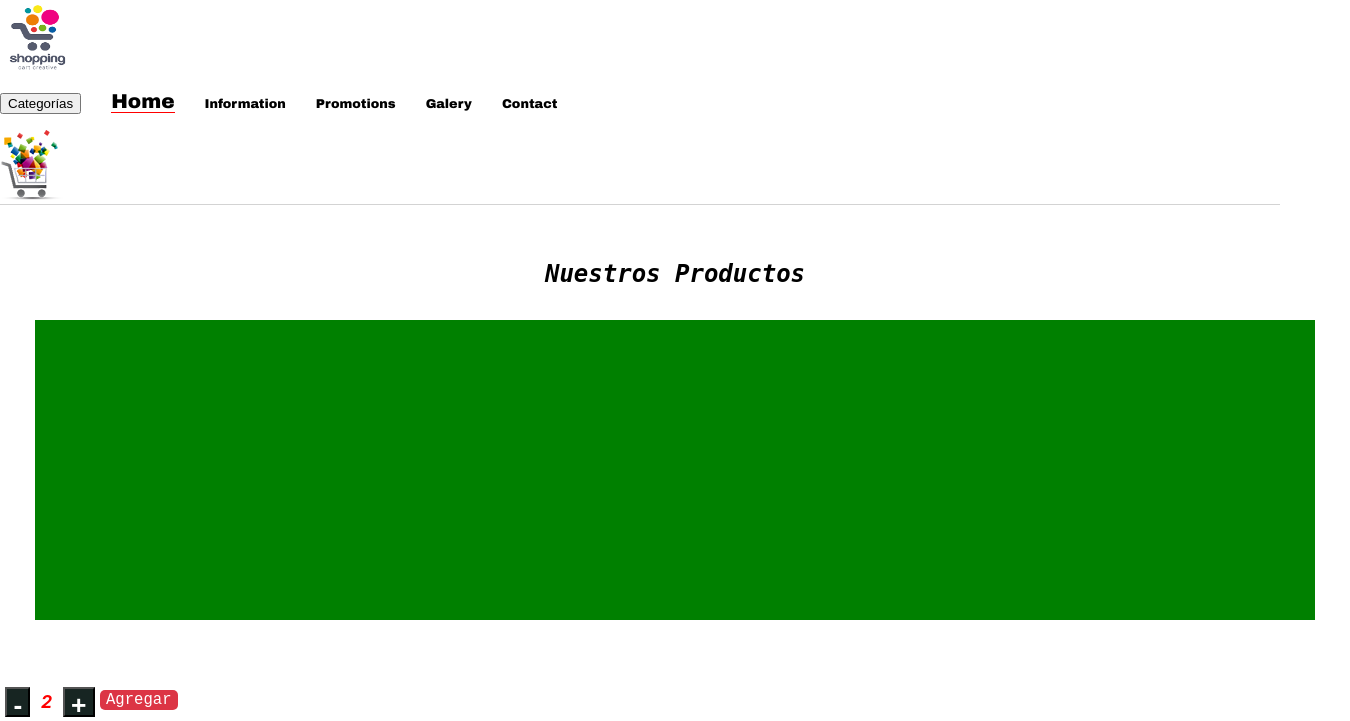
Repository: gustavomanuelquintana/CoderRepository
Page: / (app in cards-commers/)
An editor plug-in stored every save of this project. The page is shown before and after the next save, followed by the edit.
The browser window is 1280 px wide. The page is 1350 px wide, so the pictures cover 1350 px, including what lies to the right of the window. The pictures show the whole page.
The project was rebuilt for these pictures with package versions that can differ from the ones it lists, and the page was loaded fresh each time.

Above is the page before, as saved 2020-10-31 14:02:51.

After the next save:
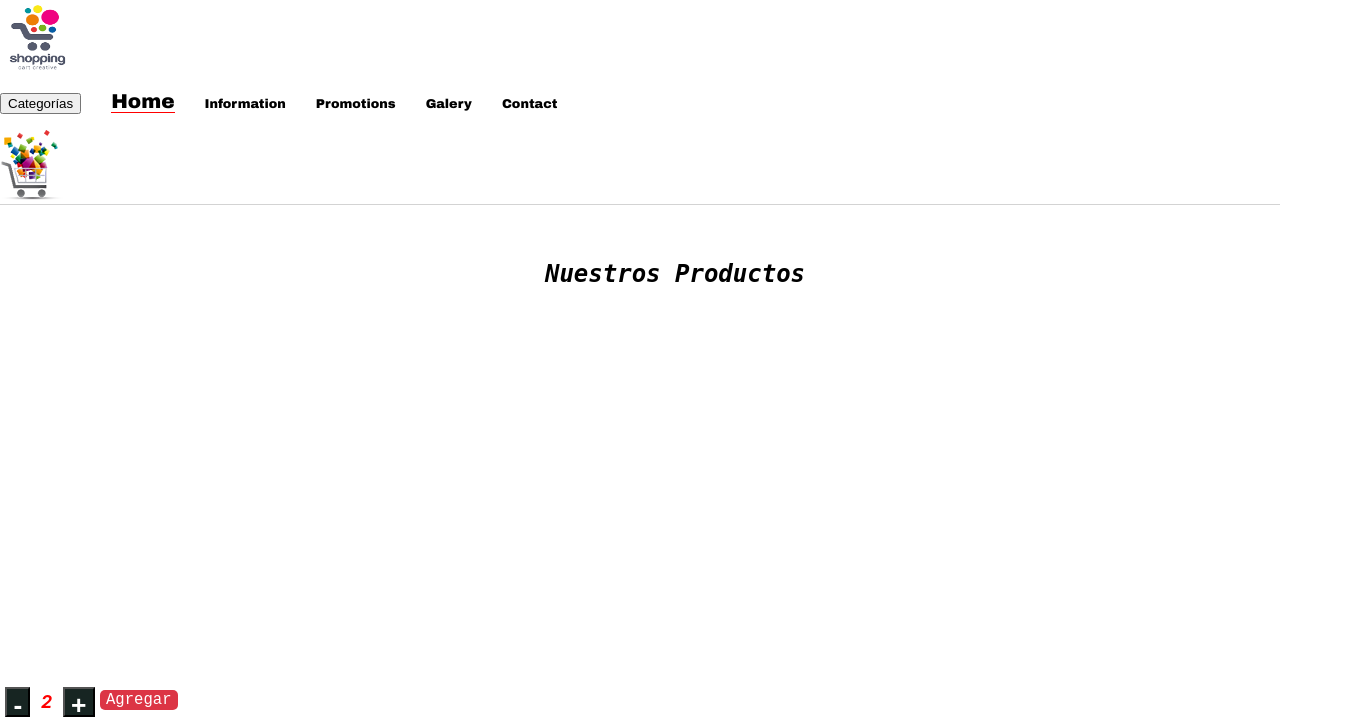
Saved 8 s later.
--- a/cards-commers/src/Components/ItemListContainer/ItemList/ItemList.js
+++ b/cards-commers/src/Components/ItemListContainer/ItemList/ItemList.js
@@ -7,7 +7,7 @@ import Item from '../Item/Item';
 
 function ItemList({items}){
 return <div className="itemList">
-
+        <Item />
      </div>
 }
 
